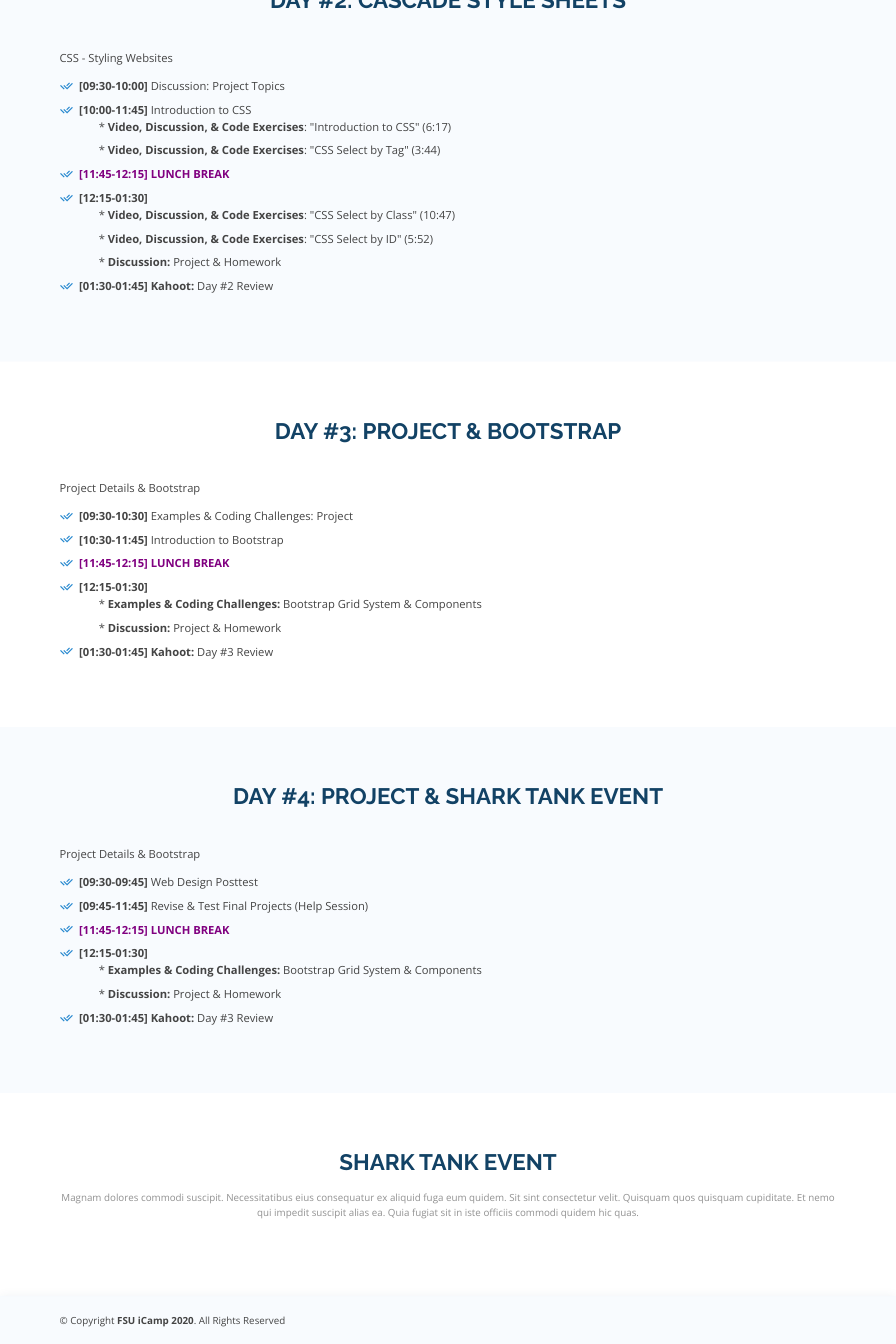
Repository: cchatmon/iCamp_2020
Page: iCamp_OnePage/index.html
The author's editor kept a record of every edit. The page is drawn from the files as they stood at one moment, then again after the next edit.
The browser window is 1280 px wide. The pictures show the part of the page from y = 1642 to 3562 px (the page is 3562 px tall), at 70% of full size.
Backgrounds fixed to the window are drawn as part of the page.

Above is the page before.

After the next edit:
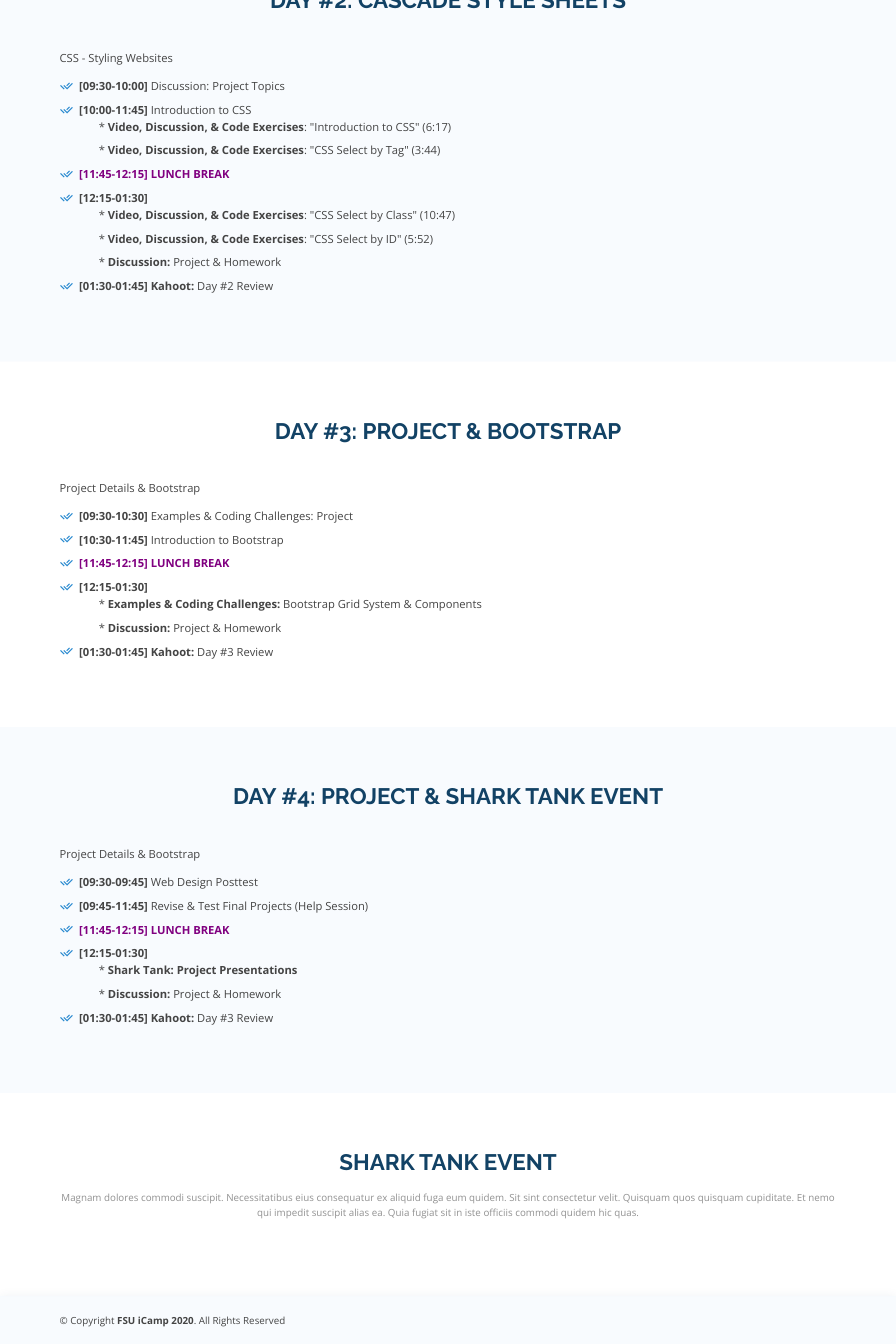
The edit:
--- a/iCamp_OnePage/index.html
+++ b/iCamp_OnePage/index.html
@@ -230,7 +230,7 @@
                 </li>
                 <li><i class="ri-check-double-line"></i><b>[12:15-01:30]</b>
                 <ul>
-                    <li>*  <b>Examples & Coding Challenges:</b>  Bootstrap Grid System & Components
+                    <li>*  <b>Shark Tank:  Project Presentations</b>  </li>
 
                     <li>* <b>Discussion:</b>  Project & Homework </li>
                   </ul>
